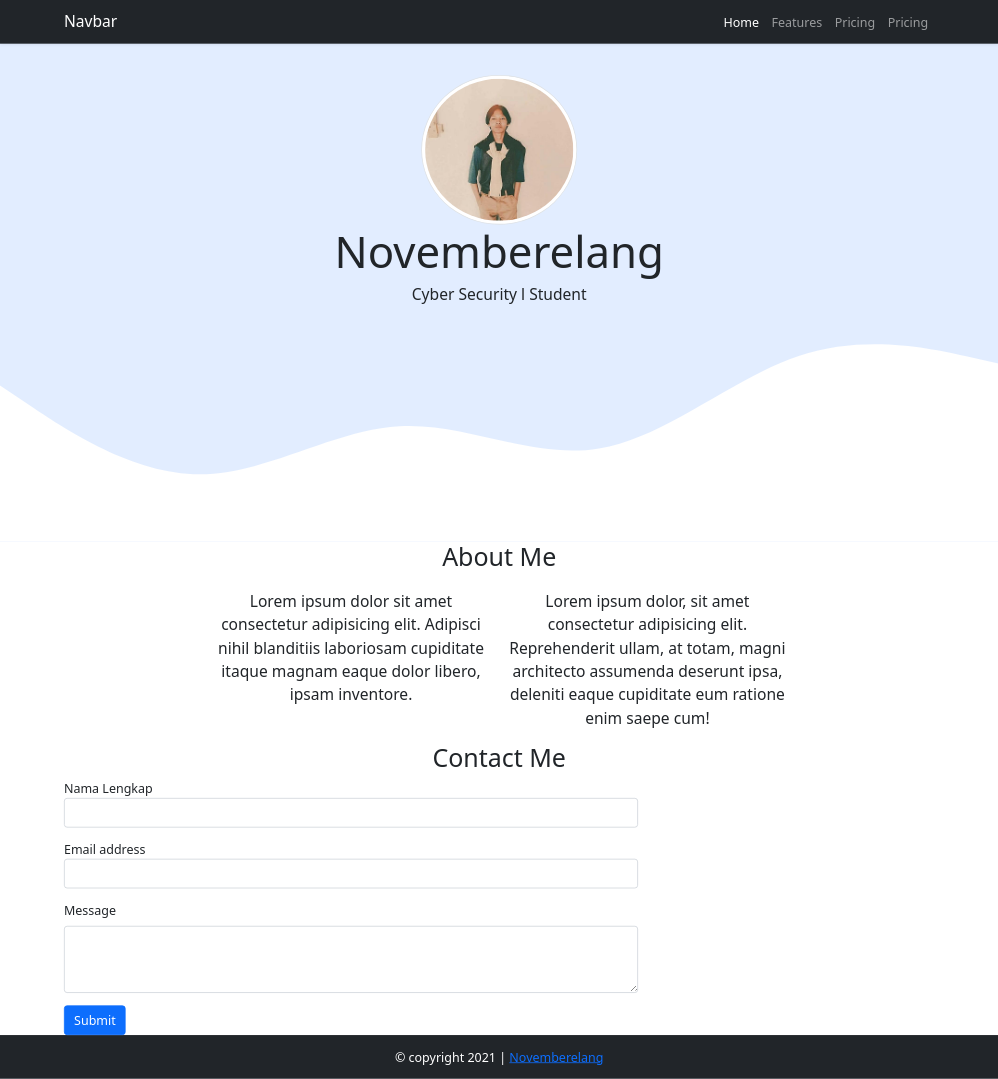
Repository: Novemberdad/gemilangtech.github.io
Page: index.html
The author's editor kept a copy of each file at every save. The page is drawn from the files as they stood at one save, then again after the next save.
The browser window is 1280 px wide. The pictures show the whole page, at 78% of full size.

Above is the page before, as saved 2021-07-21 00:47:05.

After the next save:
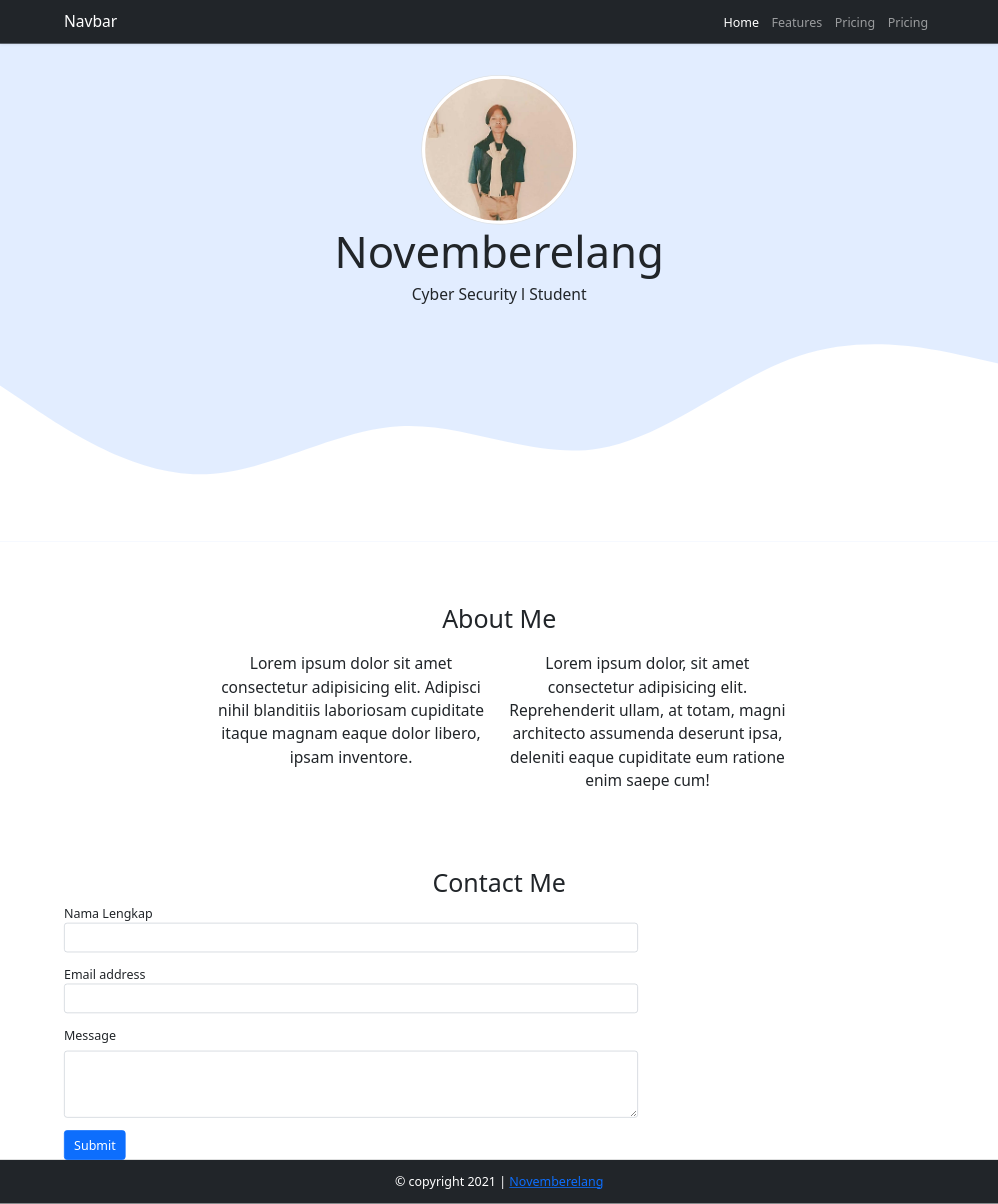
Saved 44 s later.
--- a/style.css
+++ b/style.css
@@ -2,3 +2,7 @@
     padding-top: 6rem;
     background-color: #e2edff;
 }
+
+section {
+    padding-top: 5rem;
+}
